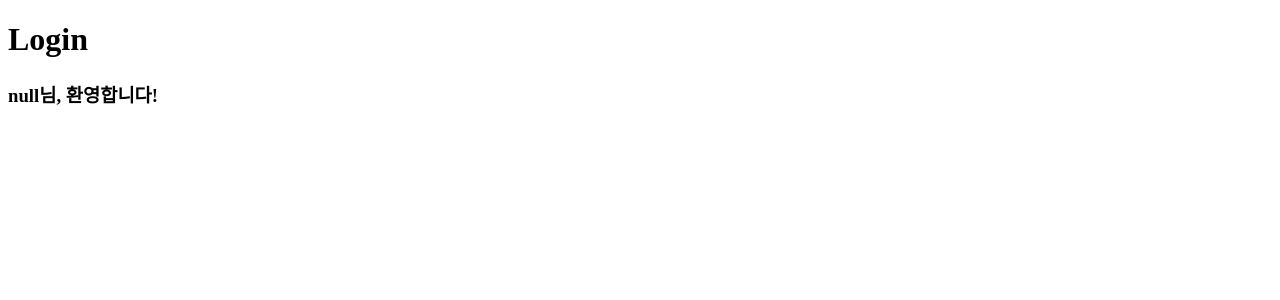
Repository: pencil-HB/SSAFY_Backend
Page: http://localhost/BackendProject/forward/welcome.jsp
An editor plug-in stored every save of this project. The page is shown before and after the next save, followed by the edit.
The browser window is 1280 px wide. The pictures show the whole page.
The page is served by Tomcat 10. Other server files are loaded and not shown.

Above is the page before, as saved 2024-09-24 05:31:23.

### BackendProject/src/main/webapp/forward/welcome.jsp
<%@ page language="java" contentType="text/html; charset=UTF-8"
    pageEncoding="UTF-8"%>
<!DOCTYPE html>
<html>
<head>
<meta charset="UTF-8">
<title>Insert title here</title>
</head>
<body>
<h1>Login</h1>
<%
	String id=request.getParameter("id");
%>
<h3><%=id %>님, 환영합니다!</h3>
</body>
</html>

After the next save:
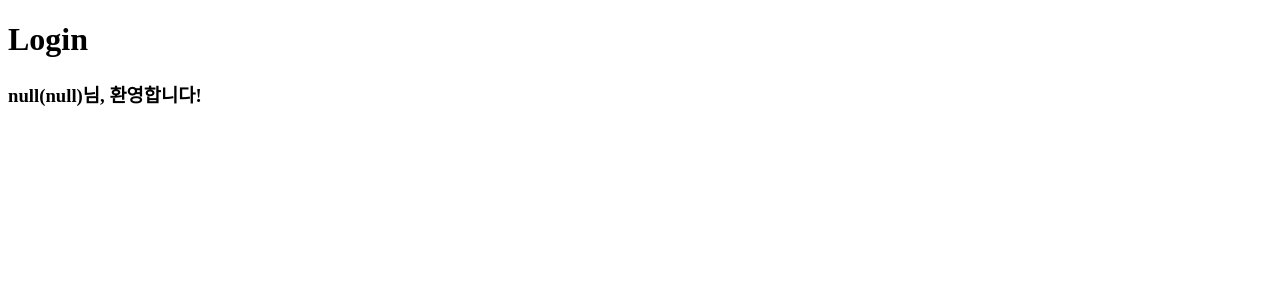
Saved 50 s later.
--- a/BackendProject/src/main/webapp/forward/welcome.jsp
+++ b/BackendProject/src/main/webapp/forward/welcome.jsp
@@ -10,7 +10,8 @@
 <h1>Login</h1>
 <%
 	String id=request.getParameter("id");
+	String pw=request.getParameter("pw");
 %>
-<h3><%=id %>님, 환영합니다!</h3>
+<h3><%=id %>(<%=pw %>)님, 환영합니다!</h3>
 </body>
 </html>
